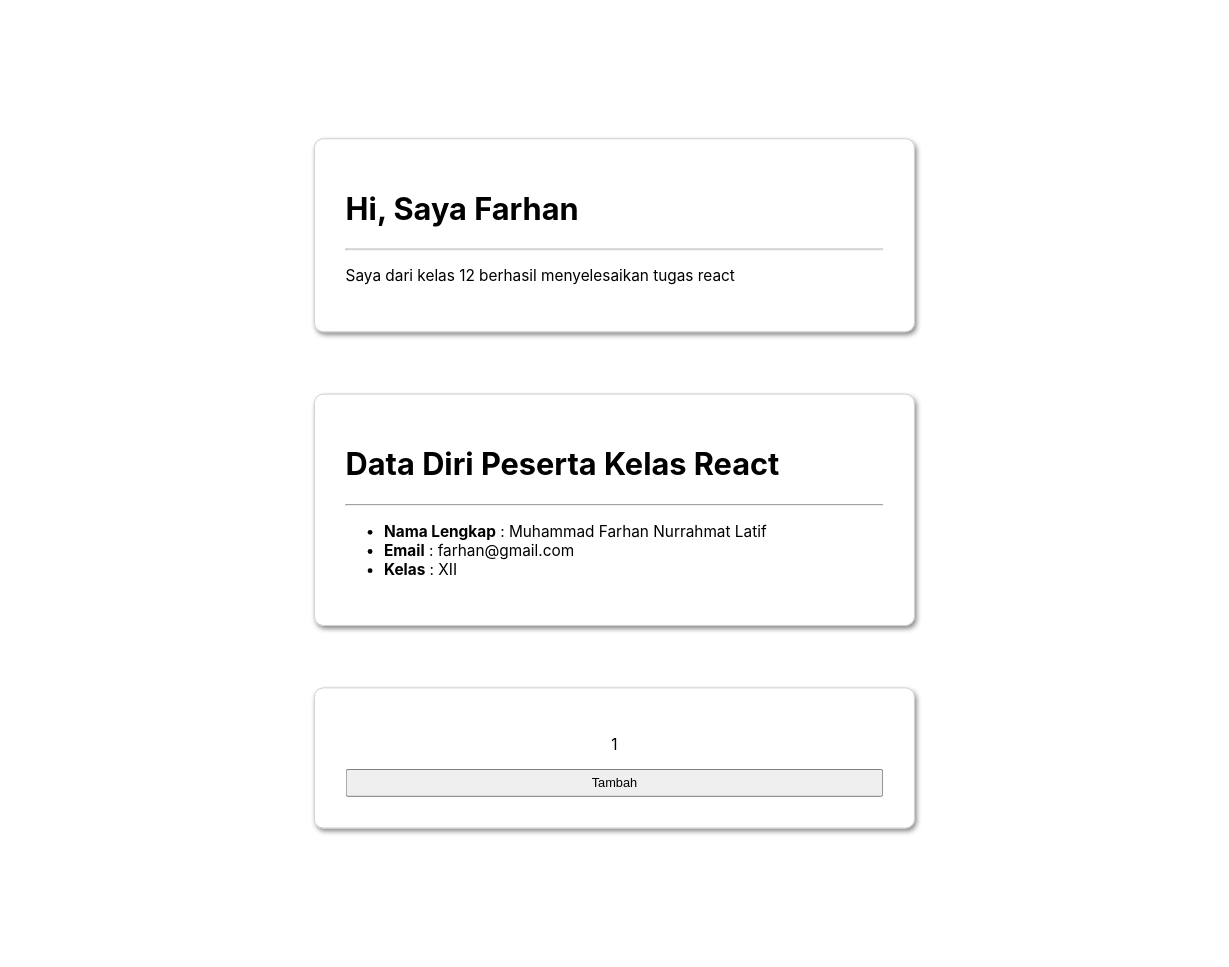
Repository: mfarhannr/Tugas-Reactjs_Farhan
Page: /
These files come from the project's save history. The page is drawn as it stood at one moment and after the next save; the edit follows.
The browser window is 1280 px wide. The pictures show the whole page, at 96% of full size.
The project was rebuilt for these pictures with package versions that can differ from the ones it lists, and the page was loaded fresh each time.

Above is the page before, as saved 2024-05-06 15:11:39.

### src/App.js
import './App.css';
import Tugas6 from "./tugas6/tugas6";
// import Welcome from "./WelcomeComponent";
import Tugas7 from './tugas7/tugas7';
import Tugas8 from "./tugas8/tugas8";

function App() {
  return (
    <div className="App">
        <Tugas6 />
        <Tugas7
          name="Muhammad Farhan Nurrahmat Latif"
          email="farhan@gmail.com"
          kelas="XII"
      />
      <Tugas8 />
    </div>
  );
}

export default App;

### src/App.css
.App {
  padding: 5rem;
}

.Card6 {
  border: 1px solid #ccc;
  border-radius: 10px;
  padding: 2em;
  margin: 4em auto;
  width: 50%;
  box-shadow: 2px 3px 5px #888888;
}

span {
  font-size:bold;
}

.tambah {
  width:100%;
  padding: 5px 0px;
}

.Card7 {
  border: 1px solid #ccc;
  border-radius: 10px;
  padding: 2em;
  margin: 4em auto;
  width: 50%;
  box-shadow: 2px 3px 5px #888888;
}

.Card8 {
  text-align: center;
  border: 1px solid #ccc;
  border-radius: 10px;
  padding: 2em;
  margin: 4em auto;
  width: 50%;
  box-shadow: 2px 3px 5px #888888;
}

.App-logo {
  height: 40vmin;
  pointer-events: none;
}

@media (prefers-reduced-motion: no-preference) {
  .App-logo {
    animation: App-logo-spin infinite 20s linear;
  }
}

.App-header {
  background-color: #282c34;
  min-height: 100vh;
  display: flex;
  flex-direction: column;
  align-items: center;
  justify-content: center;
  font-size: calc(10px + 2vmin);
  color: white;
}

.App-link {
  color: #61dafb;
}

@keyframes App-logo-spin {
  from {
    transform: rotate(0deg);
  }
  to {
    transform: rotate(360deg);
  }
}

### src/tugas6/tugas6.js
import React from "react";

function Tugas6() {
    return (
      <div className="Card6">
        <h1>Hi, Saya Farhan</h1>
        <hr></hr>
        <p>Saya dari kelas 12 berhasil menyelesaikan tugas react</p>
      </div>
    );
}

export default Tugas6;

### src/tugas7/tugas7.js
import React from "react";

function Tugas7(props) {
  return (
    <div className="Card7">
      <h1>Data Diri Peserta Kelas React</h1>
      <hr></hr>
      <ul>
        <li>
          <b>Nama Lengkap</b> : {props.name}
        </li>
        <li>
          <b>Email</b> : {props.email}
        </li>
        <li>
          <b>Kelas</b> : {props.kelas}
        </li>
      </ul>
    </div>
  );
}

export default Tugas7;

### src/tugas8/tugas8.js
import React, { Component } from 'react';
class Tugas8 extends Component {
  constructor(props) {
    super(props);
    this.state = {
      count:1
    };
  }

  handleIncrement = () => {
    this.setState({ count: this.state.count + 1 });
  };

  render() {
    const { count } = this.state;
    return (
      <div className="Card8">
        <p>{count}</p>
        {count > 10 ? (
          <p>sudah lebih dari 10</p>
        ) : (
          <button className="tambah"  onClick={this.handleIncrement}>Tambah</button>
        )}
      </div>
    );
  }
}

export default Tugas8;

Loaded but not shown: public/index.html (common file); src/index.js (common file); src/index.css (common file); src/reportWebVitals.js (common file)

After the next save:
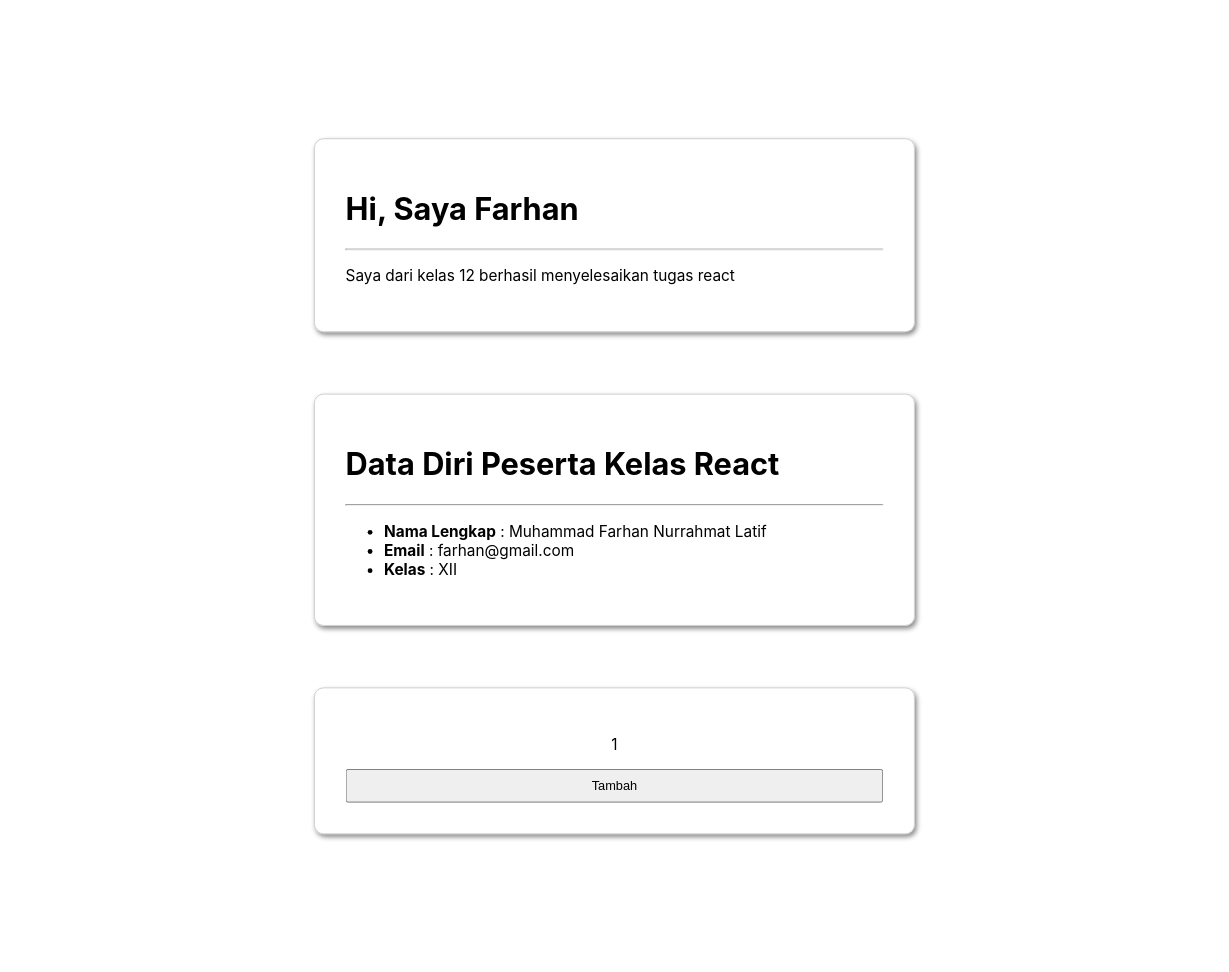
Saved 12 s later.
--- a/src/App.css
+++ b/src/App.css
@@ -17,7 +17,7 @@ span {
 
 .tambah {
   width:100%;
-  padding: 5px 0px;
+  padding: 8px 0px;
 }
 
 .Card7 {
